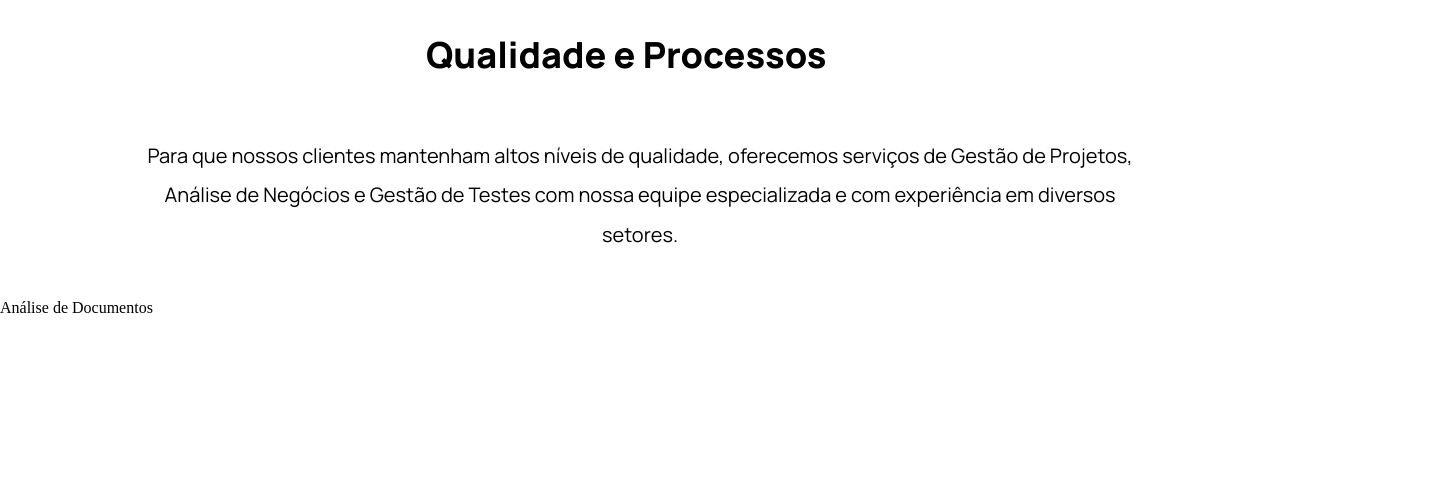
Repository: kleber-goncalves/Landing-Page-Gestao-de-projetos-dnc
Page: index.html
The author's editor kept a copy of each file at every save. The page is drawn from the files as they stood at one save, then again after the next save.
The browser window is 1280 px wide. The page is 1440 px wide, so the pictures cover 1440 px, including what lies to the right of the window. The pictures show the part of the page from y = 754 to 1291 px (the page is 1257 px tall before and 1291 px after).

Above is the page before, as saved 2025-01-04 15:53:08.

After the next save:
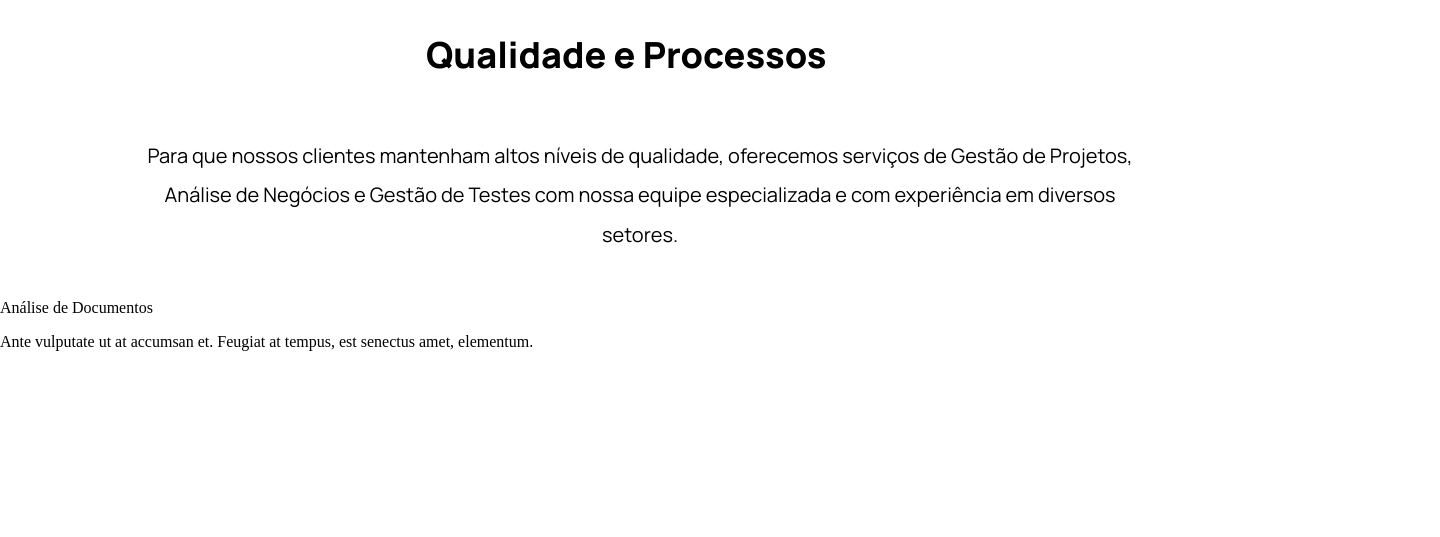
Saved 8 s later.
--- a/index.html
+++ b/index.html
@@ -32,7 +32,7 @@
                 <div id="icons-documento">
                     <img class="img-icons" src="" alt="">
                     <p class="txt-icons">Análise de Documentos</p>
-                    <p class="sub-icons"></p>
+                    <p class="sub-icons">Ante vulputate ut at accumsan et. Feugiat at tempus, est senectus amet, elementum.</p>
                 </div>
                 <div id="icons-estrela">
                     <img class="img-icons" src="" alt="">
